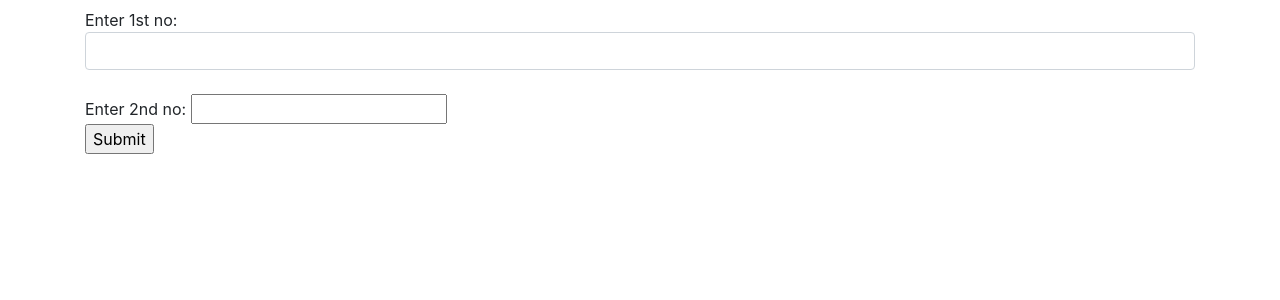
Repository: zinmyoswe/Learning-JSP-and-Servlet
Page: DemoApp/WebContent/index.html
An editor plug-in stored every save of this project. The page is shown before and after the next save, followed by the edit.
The browser window is 1280 px wide. The pictures show the whole page.

Above is the page before, as saved 2019-12-11 11:07:38.

### DemoApp/WebContent/index.html
<!doctype html>
<html lang="en">
  <head>
    <!-- Required meta tags -->
    <meta charset="utf-8">
    <meta name="viewport" content="width=device-width, initial-scale=1, shrink-to-fit=no">

    <!-- Bootstrap CSS -->
    <link rel="stylesheet" href="https://stackpath.bootstrapcdn.com/bootstrap/4.4.1/css/bootstrap.min.css" integrity="sha384-Vkoo8x4CGsO3+Hhxv8T/Q5PaXtkKtu6ug5TOeNV6gBiFeWPGFN9MuhOf23Q9Ifjh" crossorigin="anonymous">

    <title>Hello, world!</title>
  </head>
  <body>
    <div class="container mt-2">
    	<div class="row">
    		<div class="col-lg-12">
    		  <form action="add">
    		  	Enter 1st no: <input type="text" name="num1" class="form-control"><br>
    		  	Enter 2nd no: <input type="text" name="num2"><br>

    		  	<input type="submit">
    		  </form>
    		</div>
    	</div>
    </div>

    <!-- Optional JavaScript -->
    <!-- jQuery first, then Popper.js, then Bootstrap JS -->
    <script src="https://code.jquery.com/jquery-3.4.1.slim.min.js" integrity="sha384-J6qa4849blE2+poT4WnyKhv5vZF5SrPo0iEjwBvKU7imGFAV0wwj1yYfoRSJoZ+n" crossorigin="anonymous"></script>
    <script src="https://cdn.jsdelivr.net/npm/popper.js@1.16.0/dist/umd/popper.min.js" integrity="sha384-Q6E9RHvbIyZFJoft+2mJbHaEWldlvI9IOYy5n3zV9zzTtmI3UksdQRVvoxMfooAo" crossorigin="anonymous"></script>
    <script src="https://stackpath.bootstrapcdn.com/bootstrap/4.4.1/js/bootstrap.min.js" integrity="sha384-wfSDF2E50Y2D1uUdj0O3uMBJnjuUD4Ih7YwaYd1iqfktj0Uod8GCExl3Og8ifwB6" crossorigin="anonymous"></script>
  </body>
</html>

After the next save:
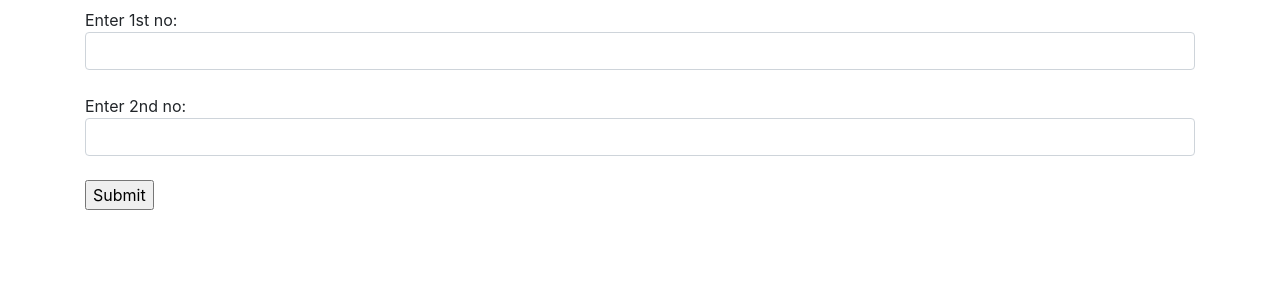
Saved 5 s later.
--- a/DemoApp/WebContent/index.html
+++ b/DemoApp/WebContent/index.html
@@ -16,7 +16,7 @@
     		<div class="col-lg-12">
     		  <form action="add">
     		  	Enter 1st no: <input type="text" name="num1" class="form-control"><br>
-    		  	Enter 2nd no: <input type="text" name="num2"><br>
+    		  	Enter 2nd no: <input type="text" name="num2" class="form-control"><br>
 
     		  	<input type="submit">
     		  </form>
